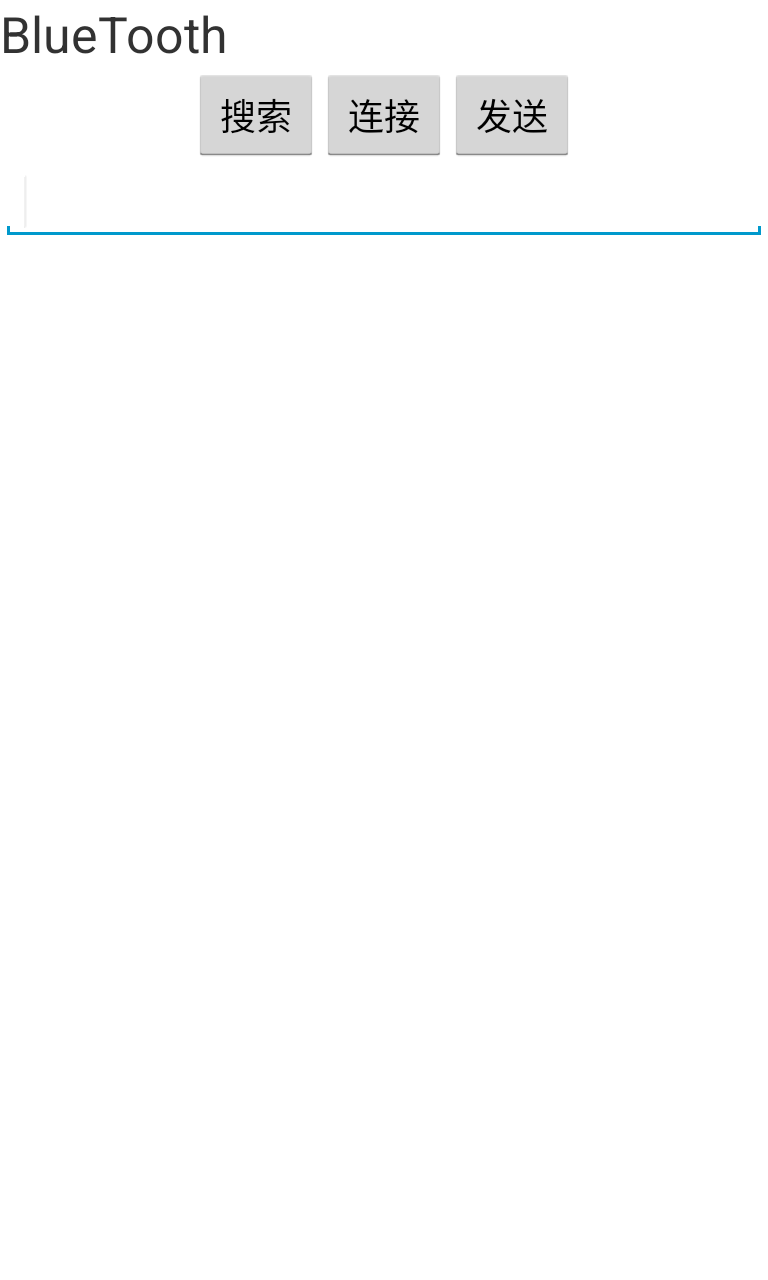
Repository: ShigerD/BtPic
Layout: Camera/res/layout/activity_bluetooth.xml
The author's editor kept a copy of each file at every save. The layout is drawn from the files as they stood at one save, then again after the next save.
It is drawn on a 768 x 1280 px phone screen (xhdpi) without system bars, with theme AppTheme; the app's code is not run.

Above is the layout before, as saved 2017-02-23 06:50:07.

### Camera/res/layout/activity_bluetooth.xml
<?xml version="1.0" encoding="utf-8"?>
<RelativeLayout xmlns:android="http://schemas.android.com/apk/res/android"
    xmlns:tools="http://schemas.android.com/tools"
    android:layout_width="match_parent"
    android:layout_height="match_parent"
	 >

    <LinearLayout
        android:layout_width="fill_parent"
        android:layout_height="fill_parent"
        android:layout_alignParentTop="true"
        android:layout_centerHorizontal="true"
        android:orientation="vertical" >

        <LinearLayout
            android:layout_width="match_parent"
            android:layout_height="wrap_content" >

            <TextView
                android:id="@+id/textView1"
                android:layout_width="wrap_content"
                android:layout_height="wrap_content"
                android:text="BlueTooth"
                android:textSize="25sp" />

        </LinearLayout>

        <LinearLayout
            android:layout_width="match_parent"
            android:layout_height="wrap_content"
            android:gravity="center_horizontal" >

            <Button
                android:id="@+id/bt_search"
                android:layout_width="wrap_content"
                android:layout_height="wrap_content"
                android:text="@string/search_bt" />

            <Button
                android:id="@+id/bt_connect"
                android:layout_width="wrap_content"
                android:layout_height="wrap_content"
                android:text="@string/connect_bt" />

            <Button
                android:id="@+id/next"
                android:layout_width="wrap_content"
                android:layout_height="wrap_content"
                android:text="发送" />

        </LinearLayout>

        <EditText
            android:id="@+id/editText1"
            android:layout_width="match_parent"
            android:layout_height="wrap_content"
            android:ems="10" >

            <requestFocus />
        </EditText>

    </LinearLayout>

</RelativeLayout>

### Camera/res/values/strings.xml
<?xml version="1.0" encoding="utf-8"?>
<resources>

    <string name="app_name">Camera2</string>
    <string name="hello_world">Hello world!</string>
    <string name="action_settings">Settings</string>
	<string name="Capture">Capture</string>
	<string name="search_bt"> 搜索</string>
	<string name="connect_bt">连接</string>

</resources>

Loaded but not shown: Camera/res/values/styles.xml (common file); Camera/res/values-v11/styles.xml (common file); Camera/res/values-v14/styles.xml (common file)

After the next save:
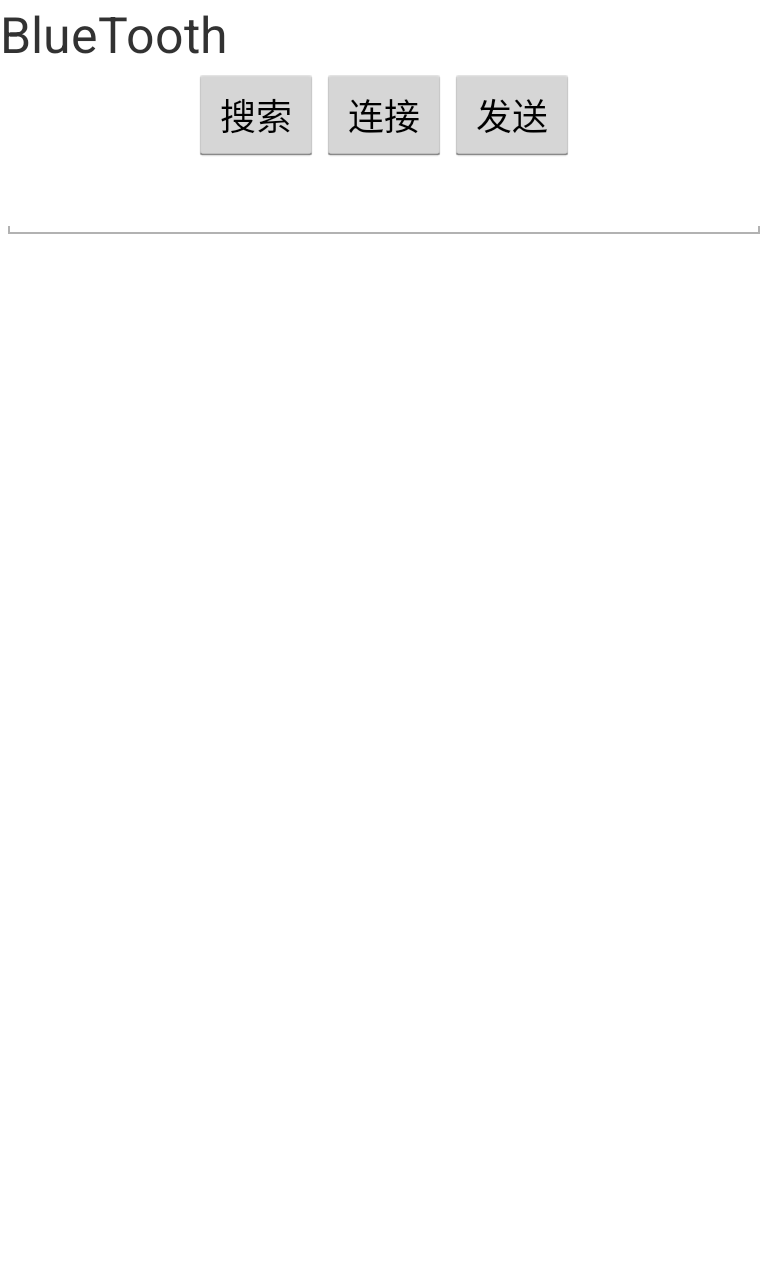
Saved 53 s later.
--- a/Camera/res/layout/activity_bluetooth.xml
+++ b/Camera/res/layout/activity_bluetooth.xml
@@ -50,13 +50,13 @@
 
         </LinearLayout>
 
-        <EditText
+       <EditText
             android:id="@+id/editText1"
             android:layout_width="match_parent"
             android:layout_height="wrap_content"
             android:ems="10" >
 
-            <requestFocus />
+
         </EditText>
 
     </LinearLayout>
